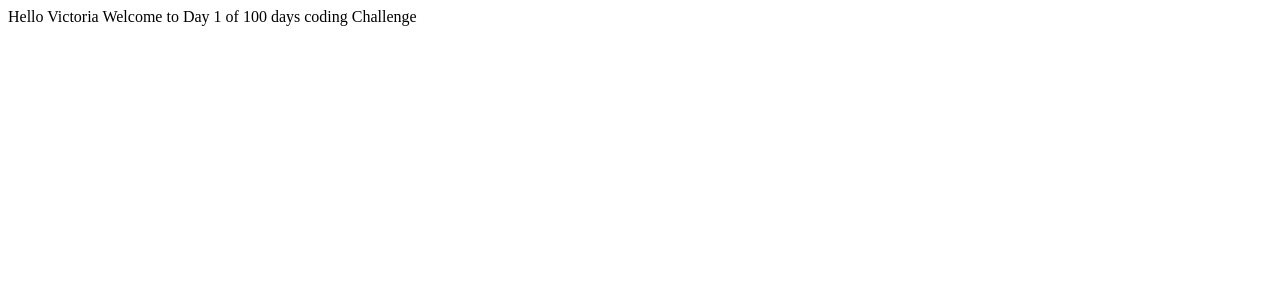
Repository: VickyJacob23/100DaysOfCoding
Page: day1/index.html
An editor plug-in stored every save of this project. The page is shown before and after the next save, followed by the edit.
The browser window is 1280 px wide. The pictures show the whole page.

Above is the page before, as saved 2024-08-14 11:22:53.

After the next save:
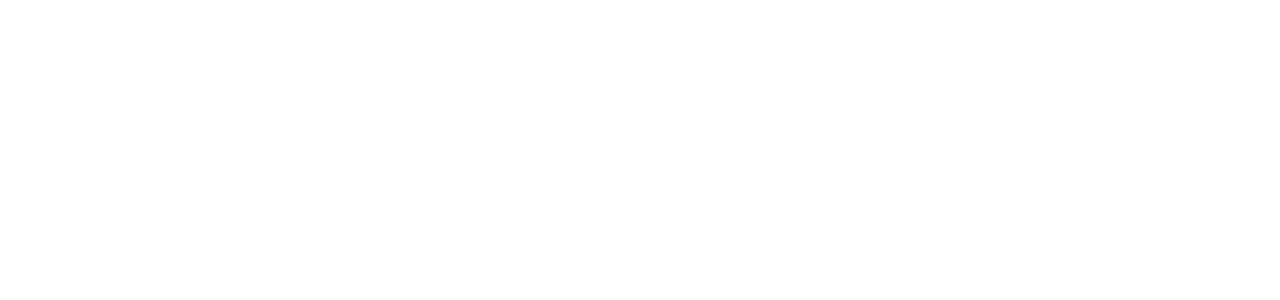
Saved 53 s later.
--- a/day1/script.js
+++ b/day1/script.js
@@ -1,2 +1 @@
 let firstCode = "Hello Victoria Welcome to Day 1 of 100 days coding Challenge";
-document.write(firstCode);

After the save that followed:
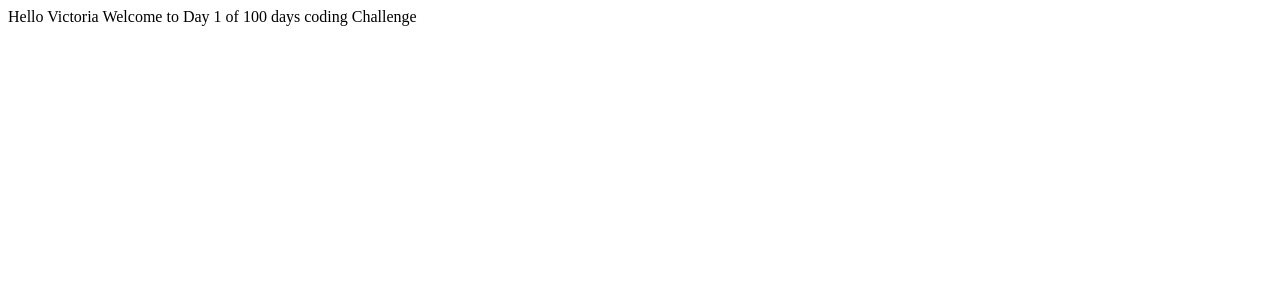
Saved 59 s later.
--- a/day1/script.js
+++ b/day1/script.js
@@ -1 +1,2 @@
 let firstCode = "Hello Victoria Welcome to Day 1 of 100 days coding Challenge";
+document.write(firstCode);
